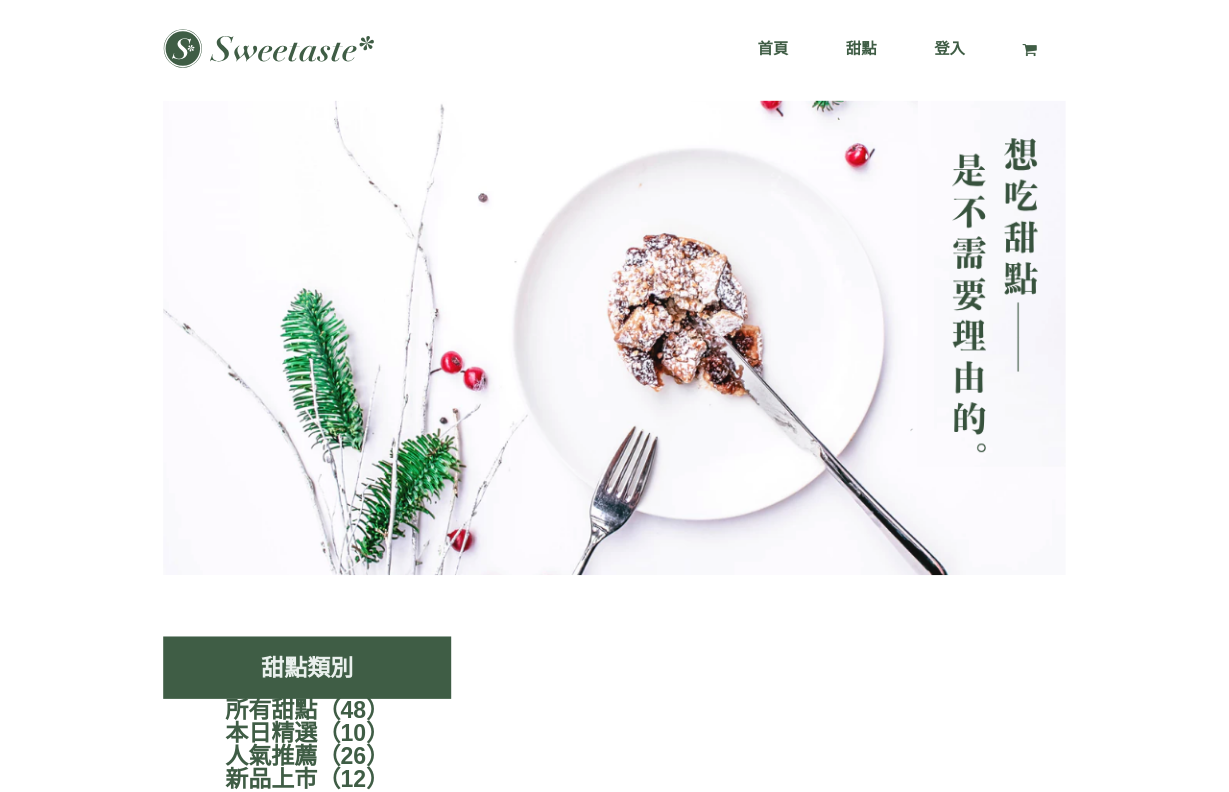
Repository: michelle61219/Sweets
Page: index.html
An editor plug-in stored every save of this project. The page is shown before and after the next save, followed by the edit.
The browser window is 1280 px wide. The pictures show the whole page, at 96% of full size.

Above is the page before, as saved 2021-06-13 00:31:24.

### index.html
<!DOCTYPE html>
<html lang="en">
	<head>
		<meta charset="UTF-8" />
		<meta http-equiv="X-UA-Compatible" content="IE=edge" />
		<meta name="viewport" content="width=device-width, initial-scale=1.0" />
		<link rel="stylesheet" href="style.css" />
		<link
			rel="stylesheet"
			href="https://cdnjs.cloudflare.com/ajax/libs/font-awesome/4.7.0/css/font-awesome.min.css"
		/>
		<title>甜點電商</title>
	</head>
	<body>
		<header></header>
		<div class="header container">
			<h1>
				<a href="#">
					<img
						width="220"
						height="40"
						src="images/logo-all-dark.svg"
						alt="logo"
					/>
				</a>
			</h1>
			<nav>
				<ul class="menu">
					<li><a href="#">首頁</a></li>
					<li><a href="#">甜點</a></li>
					<li><a href="#">登入</a></li>
					<li>
						<a href="#">
							<i class="fa fa-shopping-cart"></i>
						</a>
					</li>
				</ul>
			</nav>
		</div>
		<div class="banner container">
			<img src="images/banner.png" alt="banner" />
		</div>
		<div class="main container">
			<div class="aside">
				<h2>甜點類別</h2>
				<ul>
					<li><a href="#">所有甜點（48）</a></li>
					<li><a href="#">本日精選（10）</a></li>
					<li><a href="#">人氣推薦（26）</a></li>
					<li><a href="#">新品上市（12）</a></li>
				</ul>
			</div>
			<div class="productList"></div>
		</div>
	</body>
</html>

### style.css
/* http://meyerweb.com/eric/tools/css/reset/
   v2.0 | 20110126
   License: none (public domain)
*/

html,
body,
div,
span,
applet,
object,
iframe,
h1,
h2,
h3,
h4,
h5,
h6,
p,
blockquote,
pre,
a,
abbr,
acronym,
address,
big,
cite,
code,
del,
dfn,
em,
img,
ins,
kbd,
q,
s,
samp,
small,
strike,
strong,
sub,
sup,
tt,
var,
b,
u,
i,
center,
dl,
dt,
dd,
ol,
ul,
li,
fieldset,
form,
label,
legend,
table,
caption,
tbody,
tfoot,
thead,
tr,
th,
td,
article,
aside,
canvas,
details,
embed,
figure,
figcaption,
footer,
header,
hgroup,
menu,
nav,
output,
ruby,
section,
summary,
time,
mark,
audio,
video {
	margin: 0;
	padding: 0;
	border: 0;
	font-size: 100%;
	font: inherit;
	vertical-align: baseline;
}
/* HTML5 display-role reset for older browsers */
article,
aside,
details,
figcaption,
figure,
footer,
header,
hgroup,
menu,
nav,
section {
	display: block;
}
body {
	line-height: 1;
}
ol,
ul {
	list-style: none;
}
blockquote,
q {
	quotes: none;
}
blockquote:before,
blockquote:after,
q:before,
q:after {
	content: '';
	content: none;
}
table {
	border-collapse: collapse;
	border-spacing: 0;
}
img {
	max-width: 100%;
	height: auto;
}

/* ---CSS Starts from Here--- */

body {
	color: #3f5d45;
	font-family: Arial, Helvetica, sans-serif;
	font-weight: bold;
}

a {
	color: #3f5d45;
	text-decoration: none;
}

.container {
	width: 940px; /* based on main image */
	margin: 0 auto;
}

.header {
	display: flex;
	justify-content: space-between;
	align-items: center;
	padding-top: 30px;
	padding-bottom: 30px;
}

.menu {
	display: flex;
}

.menu a {
	padding: 10px 30px 8px 30px;
}

.menu a:hover {
	background: #3f5d45;
	color: white;
}

.banner {
	margin-bottom: 60px;
}

.main {
	display: flex;
	justify-content: space-between;
}
.aside {
	width: 300px;
}
.productList {
	width: 620px;
}

.aside h2 {
	background: #3f5d45;
	color: #eaf0ed;
	text-align: center;
	font-size: 24px;
	line-height: 65px;
}

.aside li {
}

.aside a {
	font-size: 24px;
	text-align: center;
	display: block;
}

After the next save:
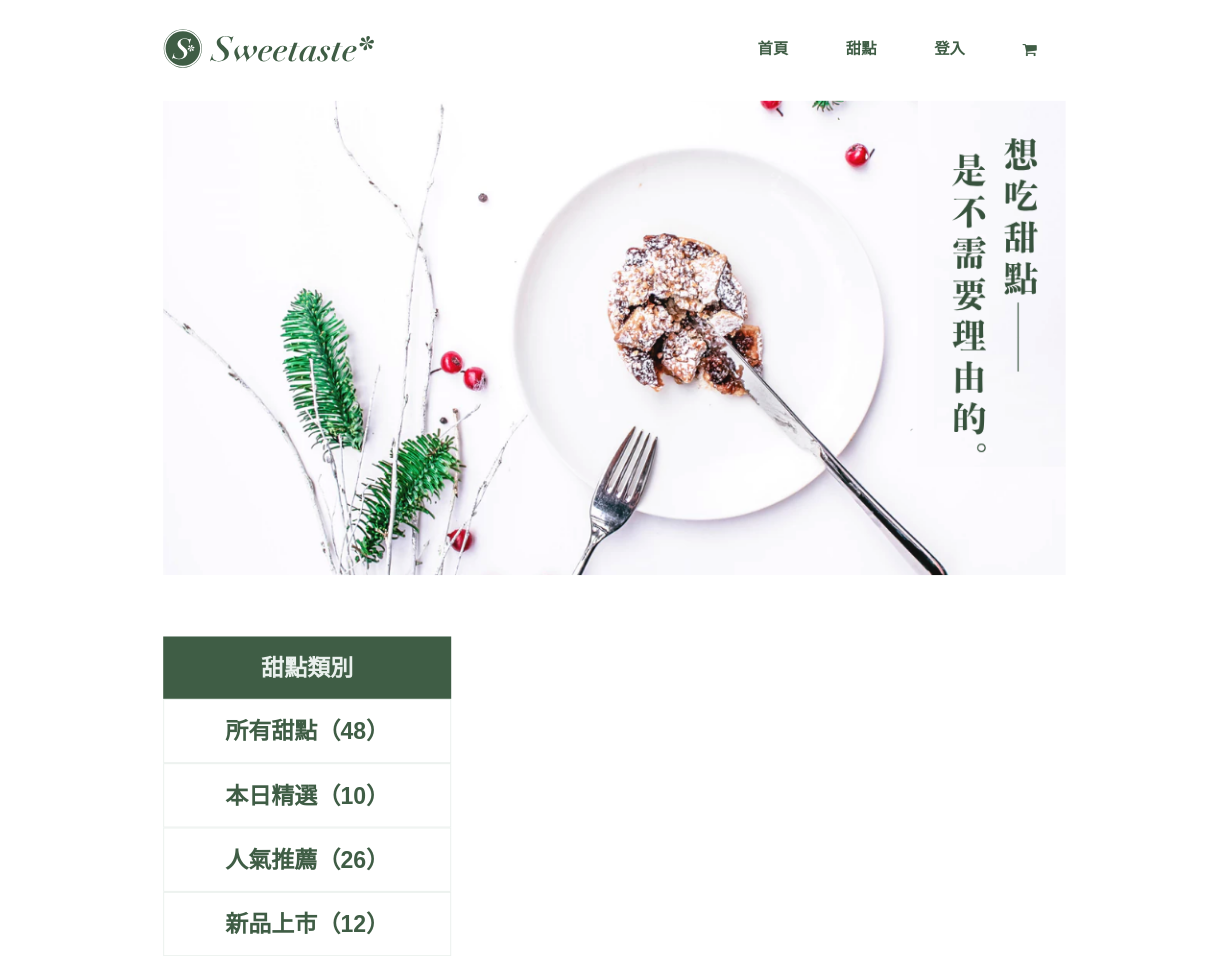
Saved 63 s later.
--- a/style.css
+++ b/style.css
@@ -201,4 +201,6 @@ a {
 	font-size: 24px;
 	text-align: center;
 	display: block;
-}
+	line-height: 65px;
+	border: 1px solid #eaf0ed;
+}
